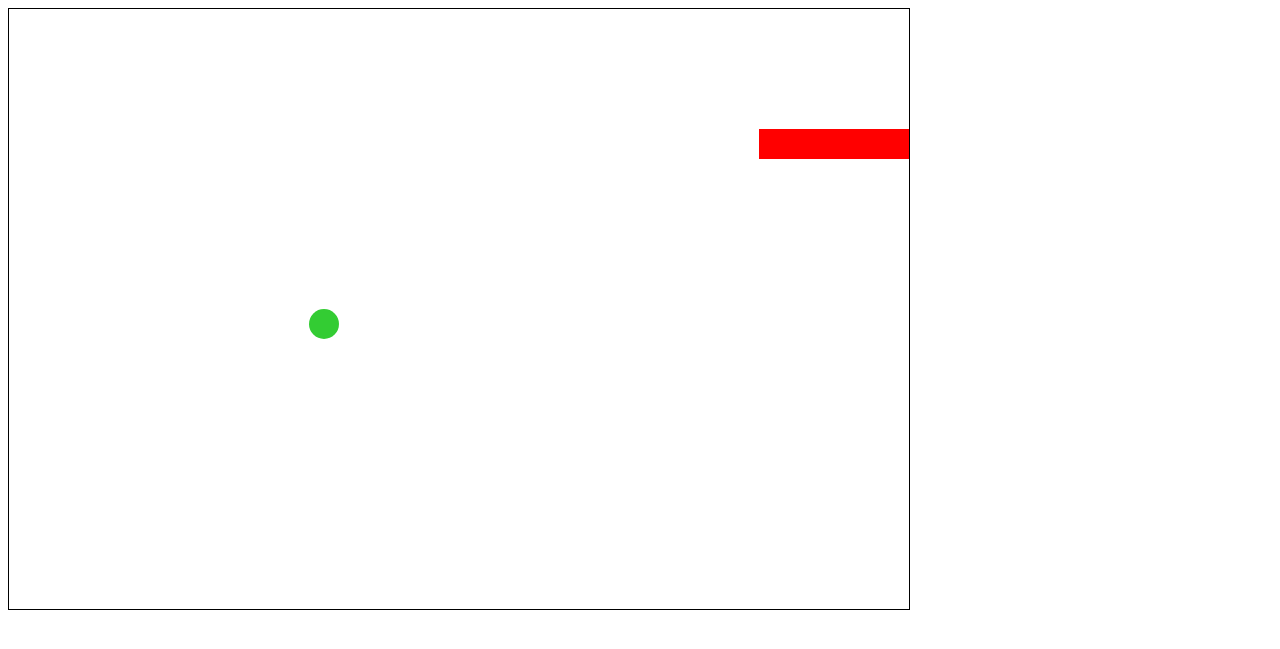
Repository: 0Memo/serpent
Page: index.html
The author's editor kept a copy of each file at every save. The page is drawn from the files as they stood at one save, then again after the next save.
The browser window is 1280 px wide. The pictures show the whole page.

Above is the page before, as saved 2020-12-16 21:43:02.

After the next save:
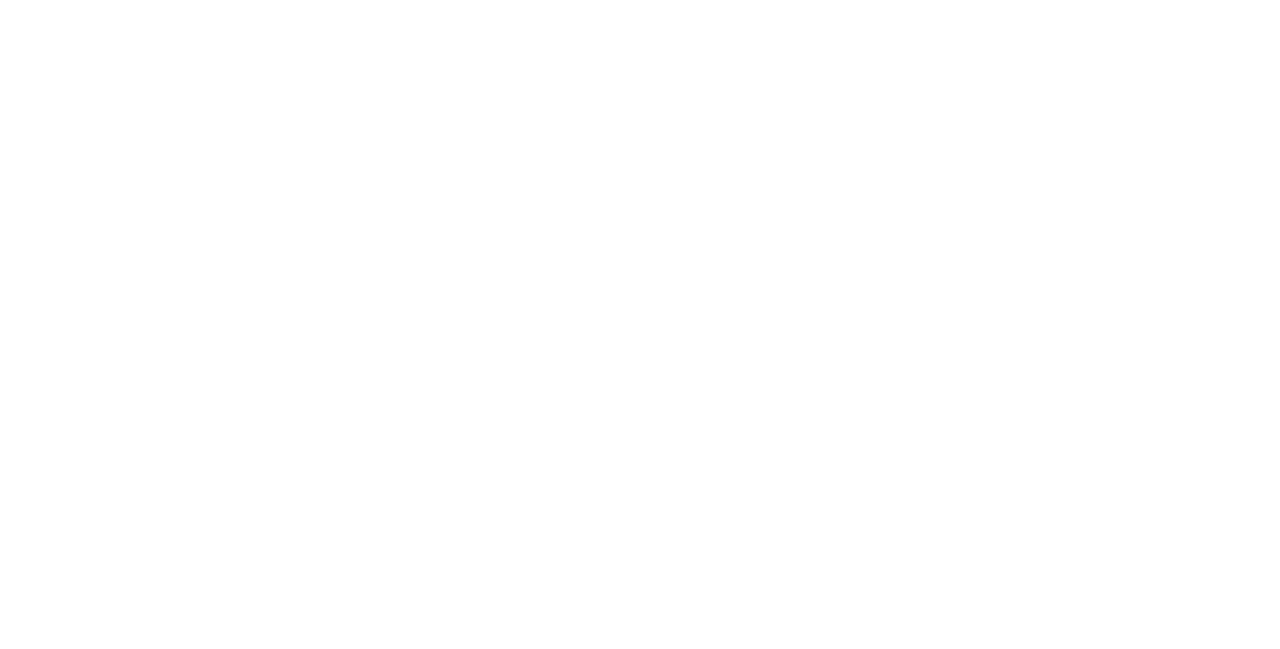
Console error: SyntaxError: Unexpected token '}'
Saved 58 s later.
--- a/js/script.js
+++ b/js/script.js
@@ -162,6 +162,10 @@
         this.isOnSnake = function(snakeToCheck)
         {
             var isOnSnake = false;
+            for(i = 0; i < snakeToCheck.body.length; i++)
+            {
+                if(this.position[0] === snakeToCheck)
+            }
         }
     };
 

After the 3 saves that followed:
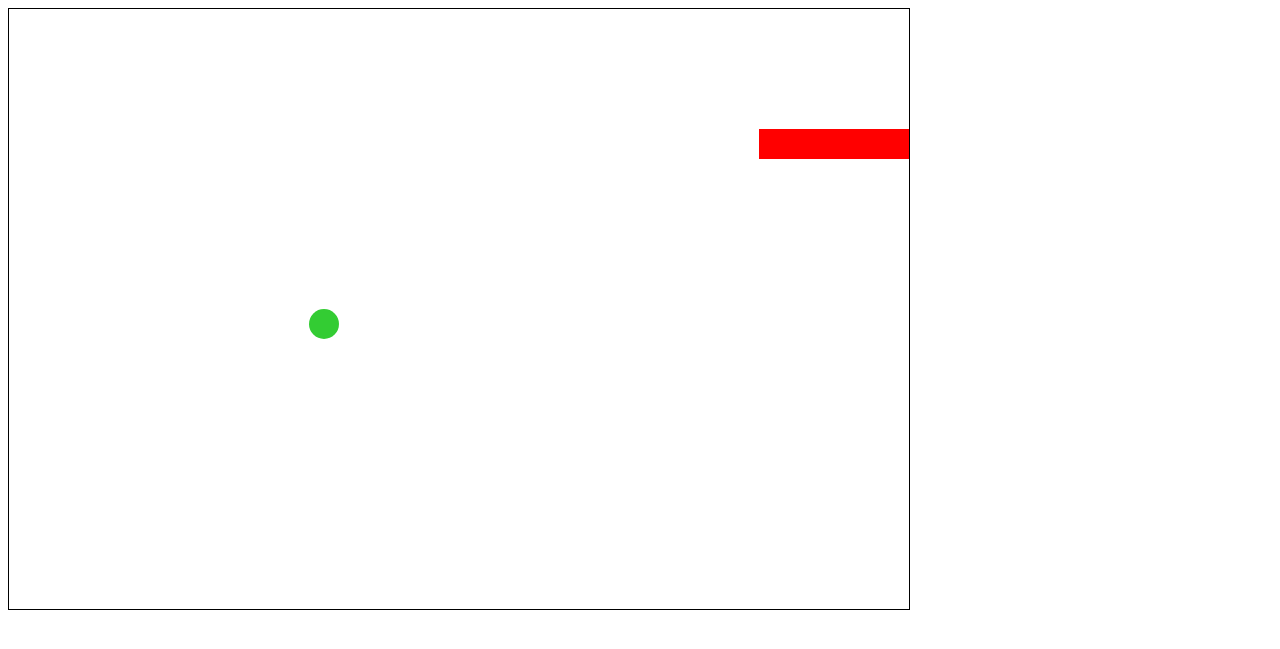
The error is gone.
The 3 saves are shown as one change because 2 left the picture as it was.
The last was saved 109 s later.
--- a/js/script.js
+++ b/js/script.js
@@ -164,8 +164,12 @@
             var isOnSnake = false;
             for(i = 0; i < snakeToCheck.body.length; i++)
             {
-                if(this.position[0] === snakeToCheck)
+                if(this.position[0] === snakeToCheck.body[i][0] && this.position[1] === snakeToCheck.body[i][1])
+                {
+                    isOnSnake = true;
+                }
             }
+            return isOnSnake;
         }
     };
 
